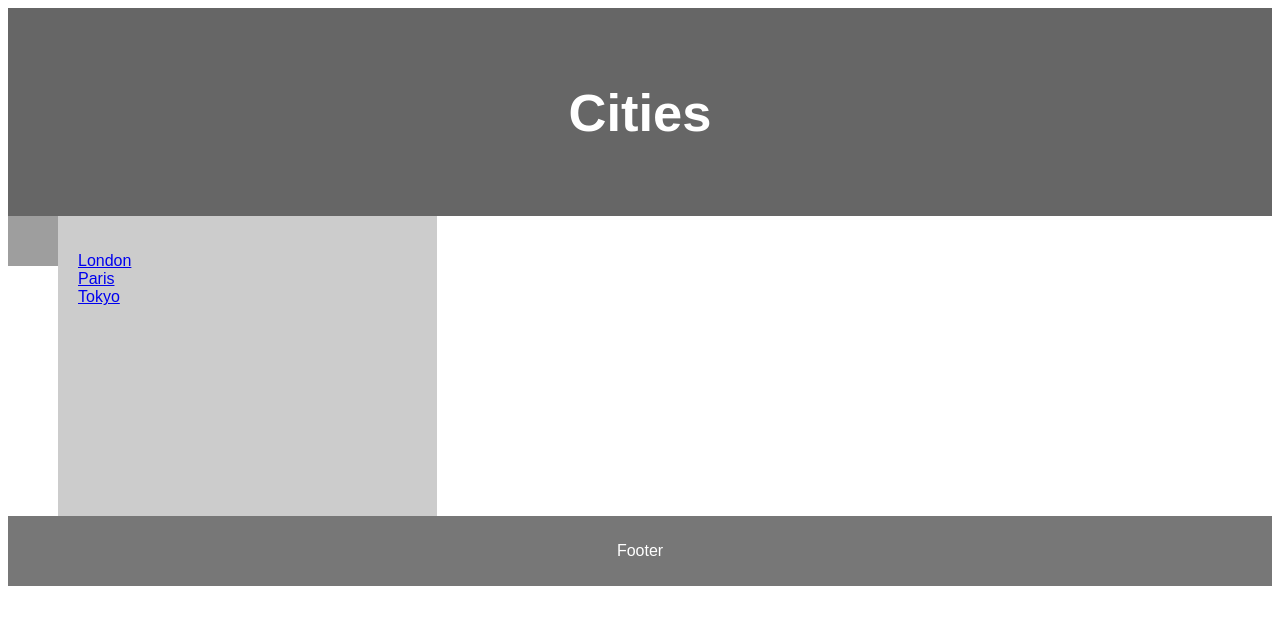
Repository: sandunigayanjali/Library_System
Page: http://localhost/library_management/studentProfile2.jsp
The author's editor kept a copy of each file at every save. The page is drawn from the files as they stood at one save, then again after the next save.
The browser window is 1280 px wide. The pictures show the whole page.
Pictures or frames that could not be fetched are drawn as grey boxes. The page is served by Tomcat 9.

Above is the page before, as saved 2018-11-23 13:59:48.

After the next save:
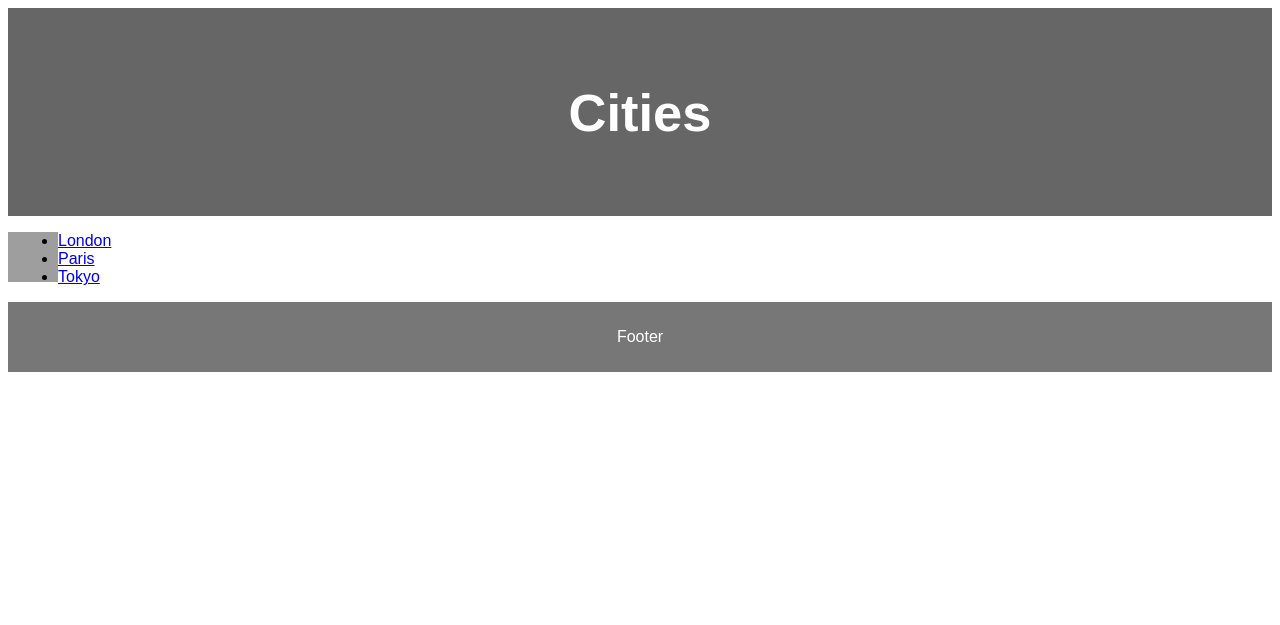
Saved 2 min 56 s later.
--- a/library management/WebContent/studentProfile2.jsp
+++ b/library management/WebContent/studentProfile2.jsp
@@ -26,13 +26,13 @@ header {
 }
 
 /* Create two columns/boxes that floats next to each other */
-nav {
+/*nav {
     float: left;
     width: 30%;
     height: 300px; /* only for demonstration, should be removed */
     background: #ccc;
     padding: 20px;
-}
+}*/
 
 /* Style the list inside the menu */
 nav ul {
